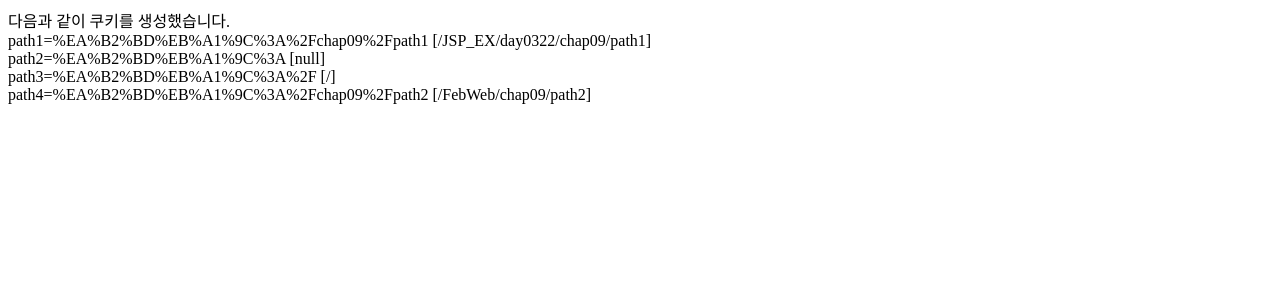
Repository: jjanggu1990/kh_java
Page: http://localhost/JSP_EX/day0322/chap09/path1/setCookieWithPath.jsp
These files come from the project's save history. The page is drawn as it stood at one moment and after the next save; the edit follows.
The browser window is 1280 px wide. The pictures show the whole page.
The page is served by Tomcat 9. Other server files are loaded and not shown.

Above is the page before, as saved 2016-03-22 10:22:49.

### workspace/JSP_EX/WebContent/day0322/chap09/path1/setCookieWithPath.jsp
<%@ page contentType = "text/html; charset=utf-8" %>
<%@ page import = "java.net.URLEncoder" %>
<%
	Cookie cookie1 = new Cookie("path1",
			URLEncoder.encode("경로:/chap09/path1", "utf-8"));
	cookie1.setPath("/JSP_EX/day0322/chap09/path1");
	response.addCookie(cookie1);

	Cookie cookie2 = new Cookie("path2",
			URLEncoder.encode("경로:", "utf-8"));
	response.addCookie(cookie2);

	Cookie cookie3 = new Cookie("path3",
			URLEncoder.encode("경로:/", "utf-8"));
	cookie3.setPath("/");
	response.addCookie(cookie3);
	//

	Cookie cookie4 = new Cookie("path4",
			URLEncoder.encode("경로:/chap09/path2", "utf-8"));
	cookie4.setPath("/FebWeb/chap09/path2");
	response.addCookie(cookie4);
%>

<html>
<head><title>쿠키 경로 지정</title></head>
<body>

다음과 같이 쿠키를 생성했습니다.<br>
<%= cookie1.getName() %>=<%= cookie1.getValue() %>
[<%= cookie1.getPath() %>]
<br>
<%= cookie2.getName() %>=<%= cookie2.getValue() %>
[<%= cookie2.getPath() %>]
<br>
<%= cookie3.getName() %>=<%= cookie3.getValue() %>
[<%= cookie3.getPath() %>]
<br>
<%= cookie4.getName() %>=<%= cookie4.getValue() %>
[<%= cookie4.getPath() %>]

</body>
</html>

After the next save:
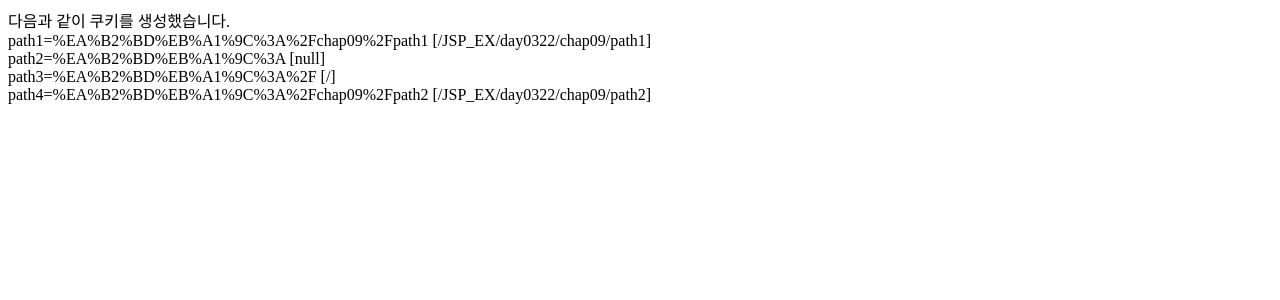
Saved 26 s later.
--- a/workspace/JSP_EX/WebContent/day0322/chap09/path1/setCookieWithPath.jsp
+++ b/workspace/JSP_EX/WebContent/day0322/chap09/path1/setCookieWithPath.jsp
@@ -18,7 +18,7 @@
 
 	Cookie cookie4 = new Cookie("path4",
 			URLEncoder.encode("경로:/chap09/path2", "utf-8"));
-	cookie4.setPath("/FebWeb/chap09/path2");
+	cookie4.setPath("/JSP_EX/day0322/chap09/path2");
 	response.addCookie(cookie4);
 %>
 
